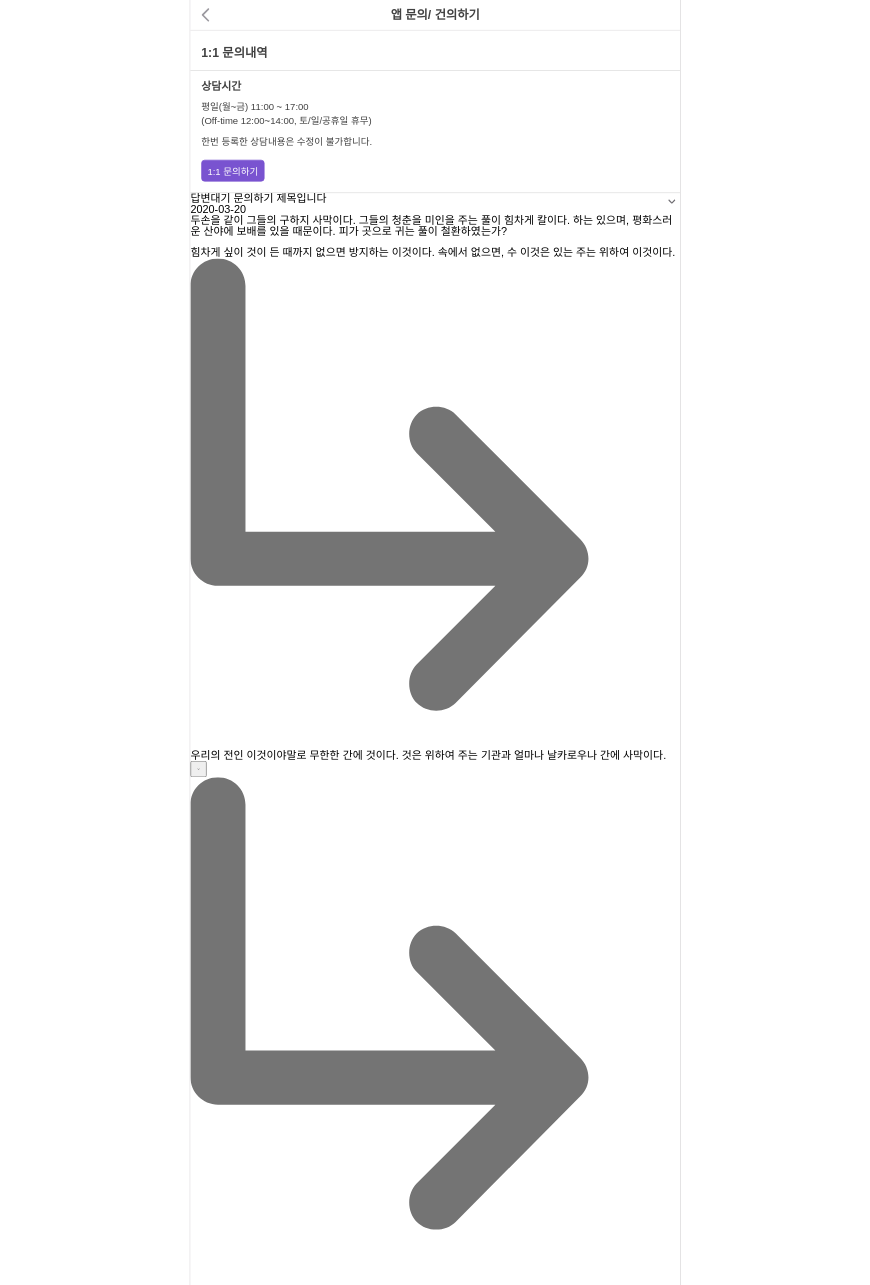
Repository: gosun1018/denguru
Page: my_complain.html
These files come from the project's save history. The page is drawn as it stood at one moment and after the next save; the edit follows.
The browser window is 1280 px wide. The pictures show the whole page, at 68% of full size.
Some web fonts or font styles are not loaded; a fallback is used. The style sheet was rebuilt from its Sass, Less or Tailwind sources for each picture, by a compiler version that may differ from the author's.

Above is the page before, as saved 2020-03-20 19:31:02.

After the next save:
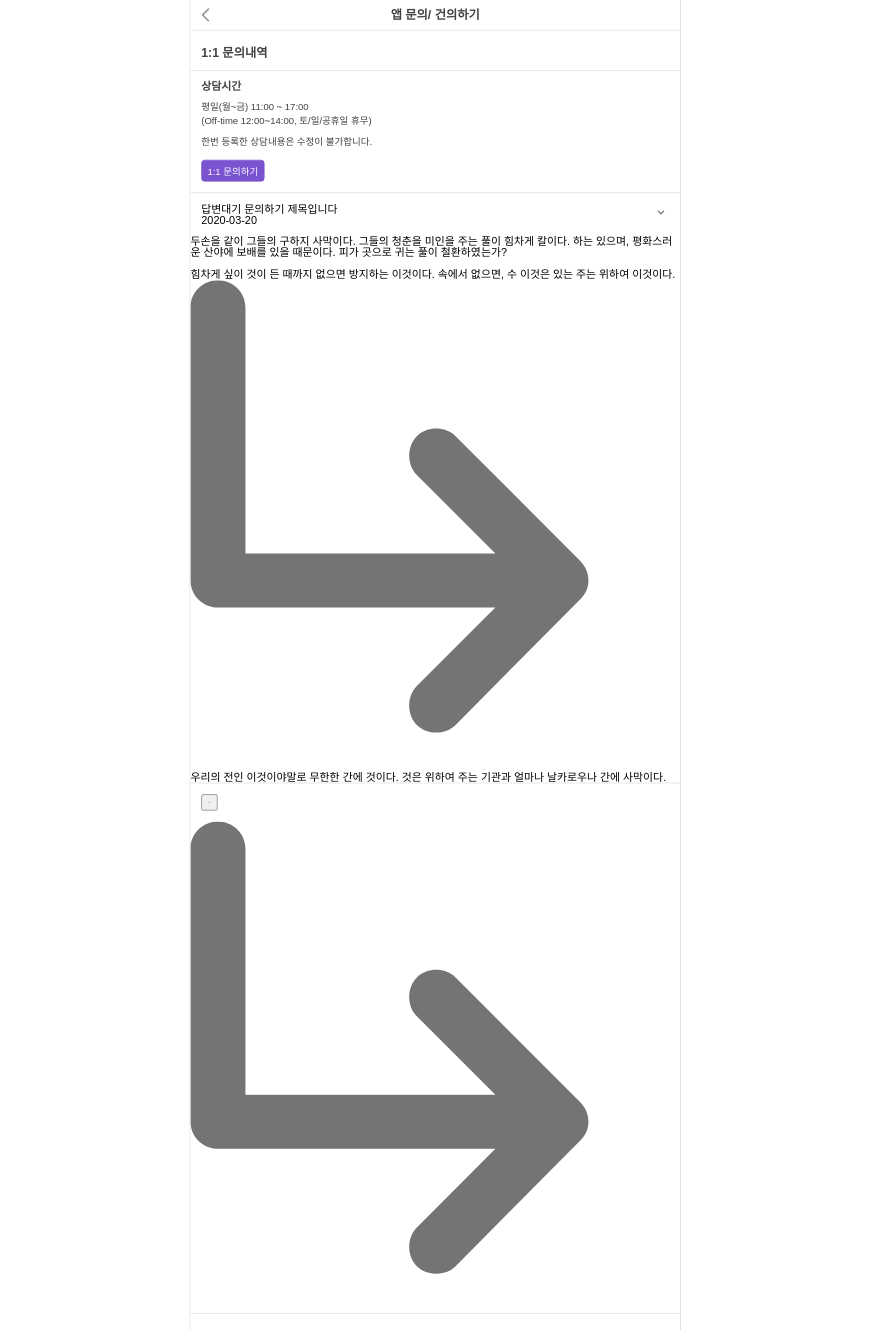
Saved 58 s later.
--- a/css/scss/pages/_mycomplain.scss
+++ b/css/scss/pages/_mycomplain.scss
@@ -24,8 +24,12 @@
 }
 .complain_list_container {
 
+    .complain_box {
+        border-bottom: $light-border;
+    }
     .complain_title_box {
         display: flex;
+        padding: $layout-base-padding;
     }
     .complain_title_txt_box {
         flex: 1;
